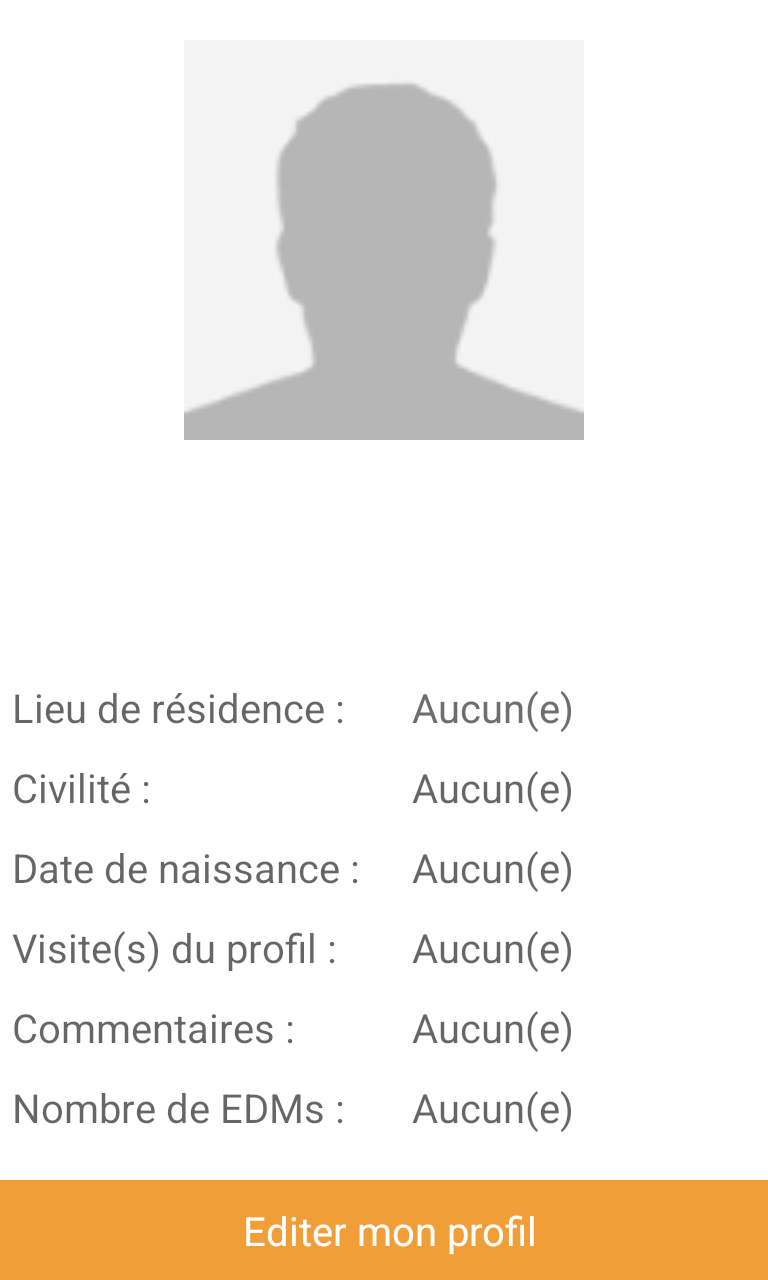
Repository: pierrealexvezinet/excusedemerde
Layout: edm/res/layout/account_fragment.xml
An editor plug-in stored every save of this project. The layout is shown before and after the next save, followed by the edit.
It is drawn on a 768 x 1280 px phone screen (xhdpi) without system bars, with theme Theme.AppCompat.Light; the app's code is not run.

Above is the layout before, as saved 2014-02-15 18:34:03.

### edm/res/layout/account_fragment.xml
<?xml version="1.0" encoding="utf-8"?>


    <RelativeLayout xmlns:android="http://schemas.android.com/apk/res/android"
        android:id="@+id/llt_login"
        android:layout_width="wrap_content"
        android:layout_height="wrap_content"
        android:layout_gravity="center"
        android:layout_marginTop="0dp"
        android:background="@color/white"
        android:orientation="vertical"
        android:scrollbars="none" >

        <RelativeLayout
            android:id="@+id/llt_photo"
            android:layout_width="match_parent"
            android:layout_height="wrap_content"
            android:layout_marginTop="0dp"
            android:background="@color/white"
            android:orientation="vertical" >

            <ImageView
                android:id="@+id/imgv_user_photo"
                android:layout_width="match_parent"
                android:layout_marginTop="20dp"
                android:layout_height="200dp"


                android:contentDescription="@string/user_photo"
                android:src="@drawable/avatar" />

        </RelativeLayout>

        <LinearLayout
            android:id="@+id/llt_infos_user"
            android:layout_width="match_parent"
            android:layout_height="290dp"
            android:layout_marginBottom="10dp"
               android:layout_alignParentBottom="true"
            android:background="@color/white"
            android:orientation="vertical" >

            <RelativeLayout
                android:id="@+id/llt_residence"
                android:layout_width="wrap_content"
                android:layout_height="wrap_content"
                android:layout_gravity="center"
                android:background="@color/edm_blue_background"
                android:orientation="vertical" >

                <TextView
                    android:id="@+id/tv_residence"
                    android:layout_width="200dp"
                    android:layout_height="40dp"
                    android:background="#FFFFFF"
                    android:ems="10"
                    android:hint="@string/lieu_residence_user"
                    android:minHeight="?android:attr/listPreferredItemHeight"
                    android:paddingLeft="6dip"
                    android:textAppearance="?android:attr/textAppearanceLarge"
                    android:textColor="@color/edm_grey_solid"
                    android:textSize="20sp" />

                <TextView
                    android:id="@+id/tv_residence_result"
                    android:layout_width="200dp"
                    android:layout_height="40dp"
                    android:layout_toRightOf="@id/tv_residence"
                    android:background="#FFFFFF"
                    android:ems="10"
                    android:text="@string/non_renseigne"
                    android:hint="@string/non_renseigne"
                    android:minHeight="?android:attr/listPreferredItemHeight"
                    android:paddingLeft="6dip"
                    android:textAppearance="?android:attr/textAppearanceLarge"
                    android:textColor="@color/edm_grey_solid"
                    android:textSize="20sp" />
            </RelativeLayout>

            <RelativeLayout
                android:id="@+id/llt_civilite"
                android:layout_width="wrap_content"
                android:layout_height="wrap_content"
                android:layout_gravity="center"
                android:background="@color/edm_blue_background"
                android:orientation="vertical" >

                <TextView
                    android:id="@+id/tv_civilite"
                    android:layout_width="200dp"
                    android:layout_height="40dp"
                    android:background="#FFFFFF"
                    android:ems="10"
                    android:hint="@string/civilite_user"
                    android:minHeight="?android:attr/listPreferredItemHeight"
                    android:paddingLeft="6dip"
                    android:textAppearance="?android:attr/textAppearanceLarge"
                    android:textColor="@color/edm_grey_solid"
                    android:textSize="20sp" />

                <TextView
                    android:id="@+id/tv_civilite_result"
                    android:layout_width="200dp"
                    android:layout_height="40dp"
                    android:layout_toRightOf="@id/tv_civilite"
                    android:background="#FFFFFF"
                    android:ems="10"
                    android:hint="@string/non_renseigne"
                    android:minHeight="?android:attr/listPreferredItemHeight"
                    android:paddingLeft="6dip"
                    android:textAppearance="?android:attr/textAppearanceLarge"
                    android:textColor="@color/edm_grey_solid"
                    android:textSize="20sp" />
            </RelativeLayout>

            <RelativeLayout
                android:id="@+id/llt_date_naissance"
                android:layout_width="wrap_content"
                android:layout_height="wrap_content"
                android:layout_gravity="center"
                android:background="@color/edm_blue_background"
                android:orientation="vertical" >

                <TextView
                    android:id="@+id/tv_date_naissance"
                    android:layout_width="200dp"
                    android:layout_height="40dp"
                    android:background="#FFFFFF"
                    android:ems="10"
                    android:hint="@string/date_naissance_user"
                    android:minHeight="?android:attr/listPreferredItemHeight"
                    android:paddingLeft="6dip"
                    android:textAppearance="?android:attr/textAppearanceLarge"
                    android:textColor="@color/edm_grey_solid"
                    android:textSize="20sp" />

                <TextView
                    android:id="@+id/tv_date_naissance_result"
                    android:layout_width="200dp"
                    android:layout_height="40dp"
                    android:layout_toRightOf="@id/tv_date_naissance"
                    android:background="#FFFFFF"
                    android:ems="10"
                    android:hint="@string/non_renseigne"
                    android:minHeight="?android:attr/listPreferredItemHeight"
                    android:paddingLeft="6dip"
                    android:textAppearance="?android:attr/textAppearanceLarge"
                    android:textColor="@color/edm_grey_solid"
                    android:textSize="20sp" />
            </RelativeLayout>

            <RelativeLayout
                android:id="@+id/llt_visites_profil"
                android:layout_width="wrap_content"
                android:layout_height="wrap_content"
                android:layout_gravity="center"
                android:background="@color/edm_blue_background"
                android:orientation="vertical" >

                <TextView
                    android:id="@+id/tv_visites_profil"
                    android:layout_width="200dp"
                    android:layout_height="40dp"
                    android:background="#FFFFFF"
                    android:ems="10"
                    android:hint="@string/visite_du_profil_user"
                    android:minHeight="?android:attr/listPreferredItemHeight"
                    android:paddingLeft="6dip"
                    android:textAppearance="?android:attr/textAppearanceLarge"
                    android:textColor="@color/edm_grey_solid"
                    android:textSize="20sp" />

                <TextView
                    android:id="@+id/tv_visites_profil_result"
                    android:layout_width="200dp"
                    android:layout_height="40dp"
                    android:layout_toRightOf="@id/tv_visites_profil"
                    android:background="#FFFFFF"
                    android:ems="10"
                    android:hint="@string/non_renseigne"
                    android:minHeight="?android:attr/listPreferredItemHeight"
                    android:paddingLeft="6dip"
                    android:textAppearance="?android:attr/textAppearanceLarge"
                    android:textColor="@color/edm_grey_solid"
                    android:textSize="20sp" />
            </RelativeLayout>

            <RelativeLayout
                android:id="@+id/llt_nb_commentaires"
                android:layout_width="wrap_content"
                android:layout_height="wrap_content"
                android:layout_gravity="center"
                android:background="@color/edm_blue_background"
                android:orientation="vertical" >

                <TextView
                    android:id="@+id/tv_nb_commentaires"
                    android:layout_width="200dp"
                    android:layout_height="40dp"
                    android:background="#FFFFFF"
                    android:ems="10"
                    android:hint="@string/nb_commentaire_user"
                    android:minHeight="?android:attr/listPreferredItemHeight"
                    android:paddingLeft="6dip"
                    android:textAppearance="?android:attr/textAppearanceLarge"
                    android:textColor="@color/edm_grey_solid"
                    android:textSize="20sp" />

                <TextView
                    android:id="@+id/tv_nb_commentaires_result"
                    android:layout_width="200dp"
                    android:layout_height="40dp"
                    android:layout_toRightOf="@id/tv_nb_commentaires"
                    android:background="#FFFFFF"
                    android:ems="10"
                    android:hint="@string/non_renseigne"
                    android:minHeight="?android:attr/listPreferredItemHeight"
                    android:paddingLeft="6dip"
                    android:textAppearance="?android:attr/textAppearanceLarge"
                    android:textColor="@color/edm_grey_solid"
                    android:textSize="20sp" />
            </RelativeLayout>

            <RelativeLayout
                android:id="@+id/llt_nb_edm"
                android:layout_width="wrap_content"
                android:layout_height="wrap_content"
                android:layout_gravity="center"
                android:background="@color/edm_blue_background"
                android:orientation="vertical" >

                <TextView
                    android:id="@+id/tv_nb_edm"
                    android:layout_width="200dp"
                    android:layout_height="40dp"
                    android:background="#FFFFFF"
                    android:ems="10"
                    android:hint="@string/nb_edms_user"
                    android:minHeight="?android:attr/listPreferredItemHeight"
                    android:paddingLeft="6dip"
                    android:textAppearance="?android:attr/textAppearanceLarge"
                    android:textColor="@color/edm_grey_solid"
                    android:textSize="20sp" />

                <TextView
                    android:id="@+id/tv_nb_edm_result"
                    android:layout_width="200dp"
                    android:layout_height="40dp"
                    android:layout_toRightOf="@id/tv_nb_edm"
                    android:background="#FFFFFF"
                    android:ems="10"
                    android:hint="@string/non_renseigne"
                    android:minHeight="?android:attr/listPreferredItemHeight"
                    android:paddingLeft="6dip"
                    android:textAppearance="?android:attr/textAppearanceLarge"
                    android:textColor="@color/edm_grey_solid"
                    android:textSize="20sp" />
            </RelativeLayout>
        </LinearLayout>


    <Button
        android:id="@+id/bt_user_edit_profil"
        android:layout_width="match_parent"
        android:layout_height="50dp"
        android:layout_alignParentBottom="true"
        android:layout_alignParentLeft="true"
        android:background="#F09F38"
        android:hint="@string/connexion_edm"
        android:minHeight="?android:attr/listPreferredItemHeight"
        android:paddingLeft="6dip"
        android:text="@string/editer_profil"
        android:textAppearance="?android:attr/textAppearanceLarge"
        android:textColor="#FFFFFF"
        android:textSize="20sp" />

</RelativeLayout>

### edm/res/values/colors.xml
<?xml version="1.0" encoding="utf-8"?>
<resources>

    <color name="edm_blue_background" >#AAD2E9</color>
    <color name="edm_blue_dark_background">#368ABA</color>
    <color name="btn_accueil_color">#D98E20</color>
    <color name="btn_forum_color">#97AC72</color>
    <color name="btn_shopping_color">#EA877B</color>
    <color name="btn_account_color">#D0AEC6</color>
    <color name="btn_pipotek_color">#C6CAFB</color>
    <color name="btn_parametres_color">#B877D6</color>


    <color name="bg_start">#000000</color>
    <color name="bg_end">#293436</color>
    <color name="bg_mentions_start">#529d07</color>
    <color name="bg_mentions_end">#d3ff00</color>
    <color name="bg">#FFF</color>
    <color name="bg_dialog">#adadad</color>
    <color name="catalog_titlebar_background">#60ab21</color>
    <color name="reduction_titlebar_background">#60ab21</color>
    <color name="menu_background">#FFF</color>
    <color name="menu_background_selected">#888</color>
    <color name="bg_selectedcell">#3C3A3A</color>
    <color name="bt_text">#352a26</color>
    <color name="text_info">#999999</color>
    <color name="text_green">#ADCB10</color>
    <color name="text_black">#000000</color>
    <color name="text_lightgrey">#989898</color>
    <color name="text_grey">#888888</color>
    <color name="blanc">#FFFFFF</color>
    <color name="white">#FFFFFF</color>
    <color name="debug">#33FF0000</color>
    <color name="debug2">#3300FF00</color>
    <color name="translucent_black">#AA000000</color>
    <color name="transparent">#00000000</color>
    <color name="pink">#D3007E</color>
    <color name="red">#F00</color>
    <color name="background">#88000000</color>
    <color name="pense_bete_text">#000000</color>
    <color name="my_list_parent_text">#181947</color>
    <color name="edm_green">#83af0b</color>
    <color name="edm_green_tap">#9eca32</color>
    <color name="edm_green_translucent">#CC83af0b</color>
    <color name="edm_green_translucent_tap">#CC9eca32</color>
    <color name="edm_pink">#cb0081</color>
    <color name="edm_pink_tap">#FF82C6</color>
    <color name="edm_pink_translucent">#CCcb0081</color>
    <color name="edm_pink_translucent_tap">#CCFF82C6</color>
    <color name="edm_white_translucent">#CCFFFFFF</color>
    <color name="edm_black_translucent">#CC000000</color>
    <color name="edm_grey_solid">#6f6d6d</color>
    <color name="edm_orange">#ff6c00</color>
    <color name="edm_light_orange">#ff912C</color>
    <color name="edm_white_cream">#efeae8</color>
    <color name="edm_cream_button">#f2eeec</color>
    <color name="edm_light_grey">#ccc2be</color>
    <color name="edm_black">#181947</color>
    <color name="edm_dark_grey">#a5918a</color>
    <color name="edm_dark_grey_translucent">#CCa5918a</color>
    <color name="edm_button_gray_text">#a5918a</color>
    <color name="edm_button_gray_background">#CCefeae8</color>
    <color name="edm_button_gray_deactivated_text">#efeae8</color>
    <color name="edm_button_gray_deactivated_background">#CCffffff</color>

</resources>

### edm/res/values/strings.xml
<?xml version="1.0" encoding="utf-8"?>
<resources>

    <!-- EDM GENERAL -->
    <string name="app_name">Excuse de merde</string>
    <string name="action_settings">Settings</string>
    <string name="drawer_open">Drawer ouvert</string>
    <string name="drawer_closed">Drawer fermé</string>
    <string name="ac_refresh">Refresh</string>

    <!-- EDM ALERT DIALOG PARAMETRES MES EDMS -->
    <string name="title_alert_dialog_retour_accueil">Information</string>
    <string name="button_valid_retour_accueil">Retourner à l\'accueil</string>
    <string name="message_aucunes_edms_utilisateur">Vous n\'avez pas d\'EDMs.</string>
    <string name="message_pas_connecte_voir_edms">Vous devez être connécté pour voir vos EDMs.</string>

    <!-- EDM ALERT DIALOG EDM FRAGMENT ACTIVITY CONNECTE POUR POSTER EDM -->
    <string name="title_alert_dialog_retour_to_post_edm">Attention</string>
    <string name="button_connect_me">Me connecter !</string>
    <string name="message_pas_connecte">Vous devez être connecté pour pouvoir poster des EDMs.</string>

    <!-- EDM MES EDMS -->
    <string name="app_name_mes_edms">Mes EDMs</string>

    <!-- EDM CLASSEMENT TOP TEN DES MYTHOS -->
    <string name="app_name_top_ten_des_mythos">Top 10 des mythos</string>

    <!-- EDM PROGRESS BAR -->
    <string name="chargement_en_cours">Chargement en cours</string>
    <string name="merci_de_patienter">Merci de patienter</string>

    <!-- EDM AUTHENTICATION -->
    <string name="app_name_authentication">Authentification</string>

    <!-- EDM ACCUEIL -->
    <string name="app_name_accueil">Accueil</string>

    <!-- EDM POSTER EDM -->
    <string name="app_name_poster_edm">Poster une EDM</string>
    <string name="poster_edm_bt">Poster une EDM</string>
    <string name="text_edm_to_post">Votre EDM se tape ici ...</string>
    <string name="text_edm_posted_with_succes">Votre EDM a été postée avec succès</string>

    <!-- EDM ACCOUNT -->
    <string name="lieu_residence_user">Lieu de résidence :</string>
    <string name="civilite_user">Civilité :</string>
    <string name="date_naissance_user">Date de naissance :</string>
    <string name="visite_du_profil_user">Visite(s) du profil :</string>
    <string name="nb_commentaire_user">Commentaires :</string>
    <string name="nb_edms_user">Nombre de EDMs :</string>
    <string name="ma_photo">Ma photo :</string>
    <string name="non_renseigne">Aucun(e)</string>
    <string name="editer_profil">Editer mon profil</string>
    <string name="user_photo">user photo</string>

    <!-- EDM ROI DES MYTHOS -->
    <string name="app_name_roi_des_mythos">Roi des mythos</string>
    <string name="afficher_profil_roi_des_mythos">Afficher le profil</string>
    <string name="user_ne_souhaite_pas_partager_son_profil">Cet utilisateur n\'a pas souhaité partager les informations le concernant.</string>
    <string name="profil_user_hidden">Profil utlisateur caché</string>

    <!-- EDM EDIT ACCOUNT -->
    <string name="app_name_edition_profil">Edition profil</string>
    <string name="edit_civilite_user">Civilite</string>
    <string name="edit_date_de_naissance_user">Date de naissance</string>
    <string name="edit_ville_user">Résidence</string>
    <string name="edit_statut_user">Statut</string>
    <string name="edit_pays_user">Pays</string>
    <string name="edit_fuseau_user">user photo</string>
    <string name="edit_a_propos_user">A propos</string>
    <string name="edit_changer_photo_user">Avatar</string>
    <string name="edit_cacher_profil_user">Cacher Profil</string>
    <string name="valider_edition_edm">Valider</string>
    <string name="profil_mis_a_jour">Votre profil a correctement été mis à jour</string>

    <!-- EDM MENU DRAWER -->
    <string name="app_name_account">Mon Compte</string>
    <string name="drawer_menu_item_accueil">Accueil</string>
    <string name="drawer_menu_item_Forum">Forum</string>
    <string name="drawer_menu_item_Boutique">Boutique</string>
    <string name="drawer_menu_item_mon_compte">Mon compte</string>
    <string name="drawer_menu_item_pipotek">Pipotek</string>
    <string name="drawer_menu_item_parametres">Paramètres</string>

    <!-- EDM GENERAL -->


    <!-- EDM LOGIN -->
    <string name="pseudo_edm">Pseudo</string>
    <string name="password_edm">Mot de passe</string>
    <string name="remind_me_edm">Se souvenir de moi</string>
    <string name="connexion_edm">Connexion</string>

    <!-- EDM PARAMETRES -->
    <string name="app_name_parameters">Plus</string>
    <string name="mon_compte">MON COMPTE</string>
    <string name="forum">FORUM</string>
    <string name="boutique">BOUTIQUE</string>
    <string name="luminosite">LUMINOSITE</string>
    <string name="deconnexion">DECONNEXION</string>

    <!-- QUITTER EDM -->

    <string name="warning">Attention</string>
    <string name="quitt_edm_application">Souhaitez-vous vraiment quitter EDM ?</string>

</resources>

After the next save:
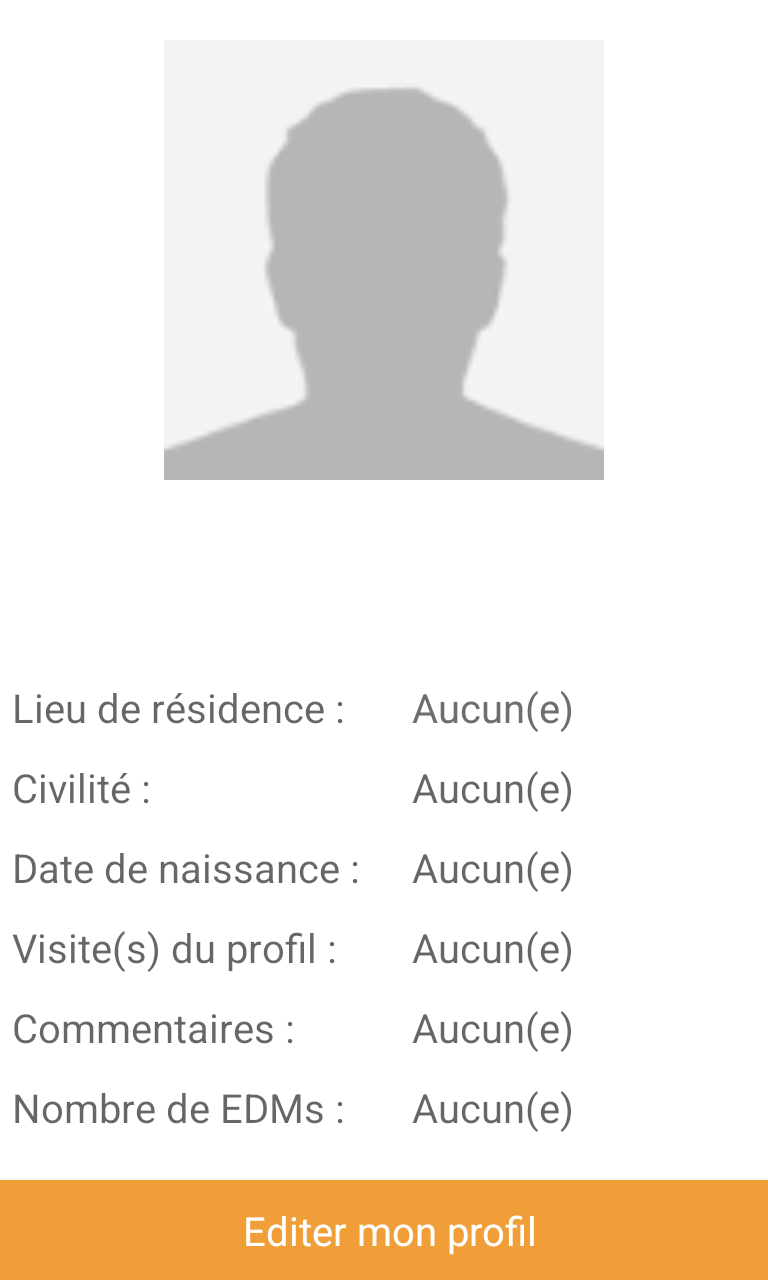
Saved 51 s later.
--- a/edm/res/layout/account_fragment.xml
+++ b/edm/res/layout/account_fragment.xml
@@ -23,7 +23,7 @@
                 android:id="@+id/imgv_user_photo"
                 android:layout_width="match_parent"
                 android:layout_marginTop="20dp"
-                android:layout_height="200dp"
+                android:layout_height="220dp"
 
 
                 android:contentDescription="@string/user_photo"
